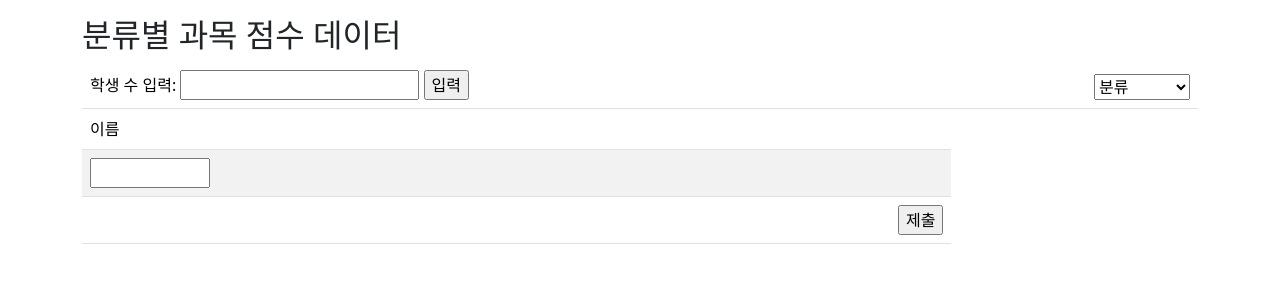
Repository: pshho/newJspProject
Page: http://localhost/JspProj/hwProject/categories
The author's editor kept a copy of each file at every save. The page is drawn from the files as they stood at one save, then again after the next save.
The browser window is 1280 px wide. The pictures show the whole page.
The page is served by Tomcat 9. Other server files are loaded and not shown.

Above is the page before, as saved 2023-08-01 06:01:46.

### JspProj/src/main/webapp/hwProject/categories.jsp
<%@page import="java.util.Random"%>
<%@ page language="java" contentType="text/html; charset=UTF-8"
    pageEncoding="UTF-8"%>
<%@ taglib uri="http://java.sun.com/jsp/jstl/core" prefix="c" %>
<%@ taglib uri="http://java.sun.com/jsp/jstl/functions" prefix="fn" %>
<!-- 랜덤 점수 데이터 생성자 -->
<%! Random rd = new Random(); %>
<!DOCTYPE html>
<html>
<head>
<meta charset="UTF-8">
<title>분류별 과목 점수 데이터</title>
<link href="https://cdn.jsdelivr.net/npm/bootstrap@5.3.1/dist/css/bootstrap.min.css"
rel="stylesheet"
integrity="sha384-4bw+/aepP/YC94hEpVNVgiZdgIC5+VKNBQNGCHeKRQN+PtmoHDEXuppvnDJzQIu9"
crossorigin="anonymous">
<script src="https://cdn.jsdelivr.net/npm/bootstrap@5.3.1/dist/js/bootstrap.bundle.min.js"
integrity="sha384-HwwvtgBNo3bZJJLYd8oVXjrBZt8cqVSpeBNS5n7C8IVInixGAoxmnlMuBnhbgrkm"
crossorigin="anonymous"></script>
<script type="text/javascript">
	function categoriesChange(){
		let form = document.dataSet;
		let sel = form.sel.value;
		form.action="?";
		if(sel != '분류'){
			form.submit();
		}
	}
</script>
</head>
<body>
	<div class="container my-3">
		<h2>분류별 과목 점수 데이터</h2>
		<form action="/JspProj/hwProject/categoriesProcess" name="dataSet">
			<input type="hidden" name="selDis" value="등수"> <!-- 결과 출력 페이지에서 보일 정렬의 기본값 -->
			<table class="table table-striped">
				<thead>
					<tr>
						<td>
							<label for="namesCount">학생 수 입력: </label>
							<input type="number" name="namesCount">
							<input type="submit" value="입력" onchange="categoriesChange()">
						</td>
						<!-- 카테고리 선택 -->
						<td colspan="${ fn:length(distinct) + 2 }" align="right">
							<select name="sel" onchange="categoriesChange()">
								<!-- 카테고리 목록 배열로 자신의 선택을 알게 함 -->
								<c:forEach items="${ categories }" var="category">
									<option <c:if test="${ category eq sel }" >selected</c:if>>${ category }</option>
								</c:forEach>
							</select>
						</td>
					</tr>
					<tr>
						<td>이름</td>
						<!-- 해당 카테고리의 과목 수에 따라 달라질 제목 수와 값 -->
						<c:forEach var="dis" items="${ distinct }">
							<td><input type="hidden" value="${ dis }" name="distinct">${ dis }</td>
						</c:forEach>
					</tr>
				</thead>
				<tbody>
					<!-- 랜덤 이름 데이터 for문으로 이름 수만큼 행 생성 -->
					<c:forEach begin="0" end="${ fn:length(names) }">
						<tr>
							<td><input type="text" name="name" style="width: 120px;"></td>
							<!-- 해당 카테고리만큼 과목 수에 따라 랜덤 점수 데이터 열 생성 및 대입 -->
							<c:forEach var="dis" items="${ distinct }">
								<td><input type="text" name="subjects"
									value="<%= rd.nextInt(50, 100) %>" style="width: 50%;"></td>
							</c:forEach>
						</tr>
					</c:forEach>
					<tr>
						<td colspan="${ fn:length(distinct) }" align="right">
							<input type="submit" value="제출" />
						</td>
					</tr>
				</tbody>
			</table>
		</form>
	</div>
</body>
</html>

### JspProj/src/main/java/JspProject/HwProject.java
package JspProject;

import java.io.IOException;
import java.util.ArrayList;
import java.util.Arrays;
import java.util.List;

import javax.servlet.RequestDispatcher;
import javax.servlet.ServletConfig;
import javax.servlet.ServletException;
import javax.servlet.annotation.WebServlet;
import javax.servlet.http.HttpServlet;
import javax.servlet.http.HttpServletRequest;
import javax.servlet.http.HttpServletResponse;

@WebServlet({"/hwProject/categories", "/hwProject/categoriesProcess"})
public class HwProject extends HttpServlet {
	private static final long serialVersionUID = 1L;

    public HwProject() {
        super();

        System.out.println("카테고리(직장인,일반학생,예체능학생 등) 별 점수 데이터 입력받아 분류하는 Servlet 생성자");
    }

	public void init(ServletConfig config) throws ServletException {
		super.init();

		System.out.println("HwProject Servlet의 init method 초기에 한 번 실행");
	}

	// Service - Get, Post를 통해 Java Class를 불러와 Client에게 Request 받은 데이터를 처리하고 JspPage에 전달하는 역할 등을 함
	protected void doGet(HttpServletRequest request, HttpServletResponse response) throws ServletException, IOException {
		// String root = request.getContextPath(); // 경로 확인

		// System.out.println(root);
		String uri = request.getRequestURI(); // 경로 확인
		String command = uri.substring(uri.lastIndexOf("/"));
		// System.out.println(uri);
		// System.out.println(command);

		// 서버 한글 인코딩
		request.setCharacterEncoding("utf-8");

		// forward 및 redirect 요청 페이지 변수
		String requestPage = null;

		// 요청받은 인자들(카테고리, 이름, 과목, 카테고리 별로 다른 과목을 받을 배열)
		String sel = null;
		String[] names = null;
		String[] categories = null;
		String[] distinct = null;
		String[] subjects = null;

		if(command.equals("/categories")) {
		    categories = "분류,직장인,예체능계열,일반계열".split(","); // 카테고리 분류 - 나중에 미리 저장된 데이터베이스나 Class와 연결 가능
		    sel = request.getParameter("sel"); // 개별 카테고리 이름
		    subjects = "국어,영어,수학,사탐,과탐,체육,음악,미술,가정".split(","); // 과목 분류 - 카테고리 분류와 마찬가지
		    String nameCount = request.getParameter("namesCount"); // 데이터 입력할 학생의 수

		    if (nameCount != null) {
		    	names = new String[Integer.parseInt(nameCount)]; // 입력받은 학생수만큼의 이름 데이터 배열
		    }

		    // 카테고리를 선택했을 때 달라질 과목을 새로운 배열에 담는 작업
		    if(sel != null && !(sel.equals("분류"))) {
		    	for(int i=0; i<categories.length; i++) {
		    		distinct = Arrays.copyOfRange(subjects, 0, i * 2 + 3);
		    		if(sel.equals(categories[i])) {
		    			break;
		    		}
		    	}
		    }

		    // Client에게 요청이 오면 데이터를 데이터베이스나 Class에서 가져와 전달하는 역할
		    // 혹은 필요한 경우 로직으로 데이터 처리 후 전달
		    request.setAttribute("categories", categories); // 카테고리 목록
		    request.setAttribute("distinct", distinct); // 카테고리 별 과목 수와 이름
		    request.setAttribute("names", names); // 이름들
		    request.setAttribute("nameCount", nameCount); // 학생수
			request.setAttribute("sel", sel); // 선택된 개별 카테고리

			requestPage = "categories.jsp"; // 초기 데이터 입력 페이지
		}

		if(command.equals("/categoriesProcess")) {
			categories = "등수,이름".split(","); // 데이터 출력 페이지의 정렬 카테고리
			String[] sels = request.getParameterValues("sel"); // 카테고리 배열
			String selDis = request.getParameter("selDis"); // 선택된 개별 카테고리
			names = request.getParameterValues("name"); // 이름들 데이터
			subjects = request.getParameterValues("subjects"); // 과목 점수(배열) 데이터
			distinct = request.getParameterValues("distinct"); // 선택된 개별 카테고리에 해당하는 과목 수와 이름
			String[] result = "총점,평균,등수,등급".split(","); // 출력을 통해 표시할 정보들
			// 초기에 만들어진 개별 카테고리별 과목과 result배열(총점, 평균, 등수, 등급)을 합친 새로운 카테고리 배열을 받아옴
			String[] iterDistinct = request.getParameterValues("newDistinct");
			// 초기에 만들어진 개별 카테고리별 과목과 categories(등수, 이름)을 합친 새로운 정렬 배열을 받아옴
			String[] iterCategories = request.getParameterValues("newCategories");

			// 개별 과목과 총점, 평균, 등수, 등급을 합친 하나의 배열
			List<String> newDistinct = new ArrayList<>();
			if(iterDistinct != null) {
				newDistinct.addAll(Arrays.asList(iterDistinct));
			}else {
				newDistinct.addAll(Arrays.asList(distinct));
				newDistinct.addAll(Arrays.asList(result));
			}

			// 과목별 순위, 전체 등수, 이름 등의 순서로 정렬하기 위한 하나의 배열
			List<String> newCategories = new ArrayList<>();
			if(iterCategories != null) {
				newCategories.addAll(Arrays.asList(iterCategories));
			}else {
				newCategories.addAll(Arrays.asList(categories));
				newCategories.addAll(Arrays.asList(distinct));
			}

			// Subject와 People을 상속받은 Category Class를 통해 이름, 점수, 카테고리 데이터를 받아와 처리
			Category[][] results = new Category[sels.length][names.length];

			// 미리 작성된 Category Class의 2차원 배열에 이름, 점수, 카테고리 데이터를 입력해 생성하는 작업
			for(int i=0; i<sels.length; i++) {
				for(int j=0; j<names.length; j++) {
					String[] sa = Arrays.copyOfRange(subjects, j*(newDistinct.size()-result.length), (j+1)*(newDistinct.size()-result.length));
					results[i][j] = new Category(sels[i], names[j], sa); // Category 2차원 배열 생성
					results[i][j].setNames(names[j]); // 이름 정렬을 위한 아스키 코드값 할당
				}
			}

			// 다 생성된 Category results의 2차원 배열에 등수를 정리하는 작업
			for(int i=0; i<sels.length; i++) {
				for(Category res : results[i]) {
					res.calcRank(results[i]); // 전체 과목 총점의 평균에 대한 등수
					res.calcSubRank(results[i]); // 개별 과목의 등수
				}
			}

			// 퀵정렬을 위한 생성자
			Category quick = new Category();
			quick.setCategories(newCategories); // 퀵정렬을 위한 정렬 배열 설정
			// 요청받은 정렬 카테고리에 따라 정렬하기 위한 for문
			for(int i=0; i<sels.length; i++) {
				quick.quickDistinct(0, names.length-1, selDis, results[i]);
			}

			// 이클립스에서 결과 확인을 위한 출력문
			for(int i=0; i<sels.length; i++) {
				for(Category cat:results[i]) {
					System.out.println(cat);
				}
				System.out.println();
			}

			for(int i=0; i<newCategories.size(); i++) {
				System.out.print(quick.getCategories().get(i) + " ");
			}

			request.setAttribute("newCategories", newCategories); // 출력 페이지의 정렬 카테고리(이름, 전체 등수, 과목별 등수)
			request.setAttribute("results", results); // Category Class로 정리된 실제 데이터
			// 입력 페이지에서 받아온 선택된 개별 카테고리의 과목 수와 이름
			// 출력 페이지에 추가로 제공할 카테고리(총점, 평균, 등수, 등급)
			request.setAttribute("newDistinct", newDistinct);
			request.setAttribute("category", sels); // 선택된 개별 카테고리(직장인, 예체능계, 일반계)
			request.setAttribute("selDis", selDis); // 정렬 카테고리 값을 받아와 실제 데이터 정렬 순서를 변경시키기 위함

			requestPage = "categoriesProcess.jsp";
		}

		// System.out.println(requestPage);

		// Client에 의해 요청된 url로부터 실제 입력 및 출력 Page로 전달하기 위한 객체
		RequestDispatcher dispatcher = request.getRequestDispatcher(requestPage);
		dispatcher.forward(request, response);
	}

	protected void doPost(HttpServletRequest request, HttpServletResponse response) throws ServletException, IOException {
		doGet(request, response);
	}

	public void destroy() {
		super.destroy();

		System.out.println("HwProject Servlet 종료(destory)");
	}
}

After the next save:
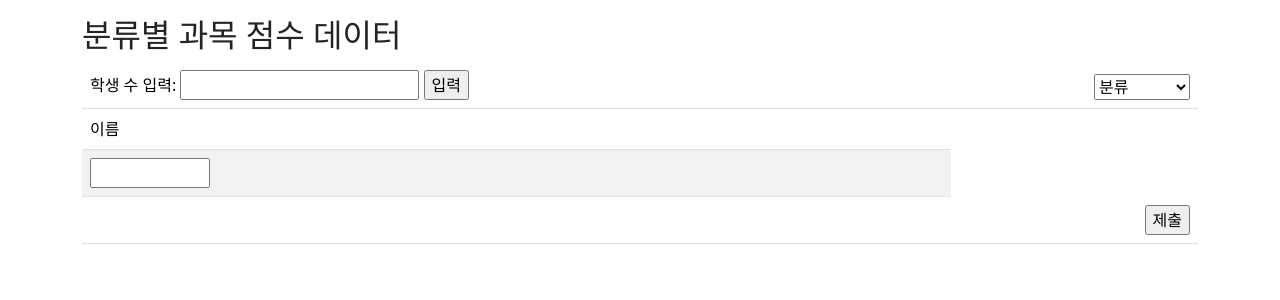
Saved 4 s later.
--- a/JspProj/src/main/webapp/hwProject/categories.jsp
+++ b/JspProj/src/main/webapp/hwProject/categories.jsp
@@ -72,7 +72,7 @@ crossorigin="anonymous"></script>
 						</tr>
 					</c:forEach>
 					<tr>
-						<td colspan="${ fn:length(distinct) }" align="right">
+						<td colspan="${ fn:length(distinct) + 2 }" align="right">
 							<input type="submit" value="제출" />
 						</td>
 					</tr>
